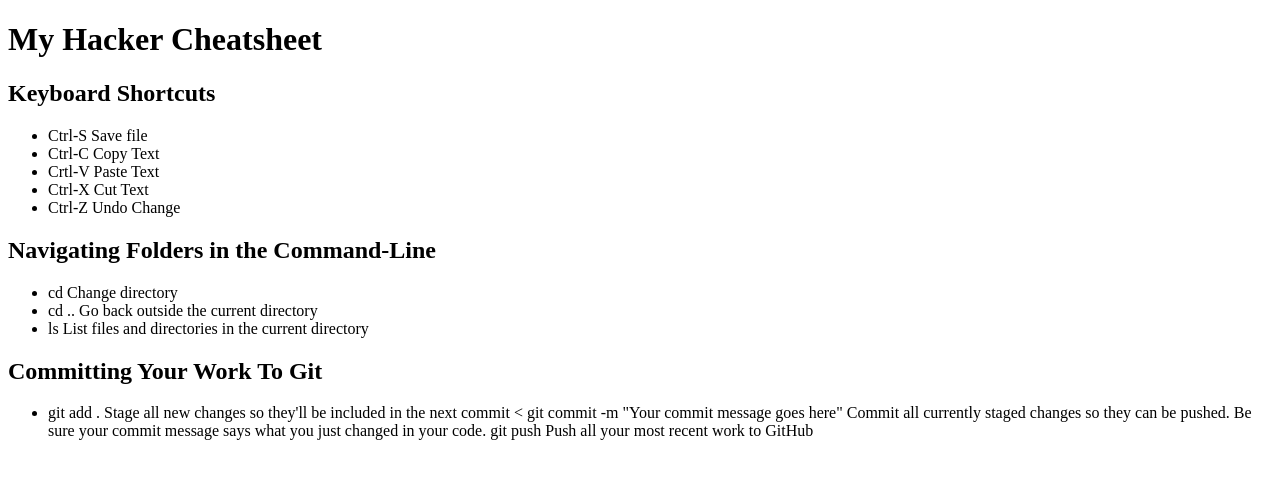
Repository: rashadberry/rashadberry.github.io
Page: Cheatsheat.html
The author's editor kept a record of every edit. The page is drawn from the files as they stood at one moment, then again after the next edit.
The browser window is 1280 px wide. The pictures show the whole page.

Above is the page before.

After the next edit:
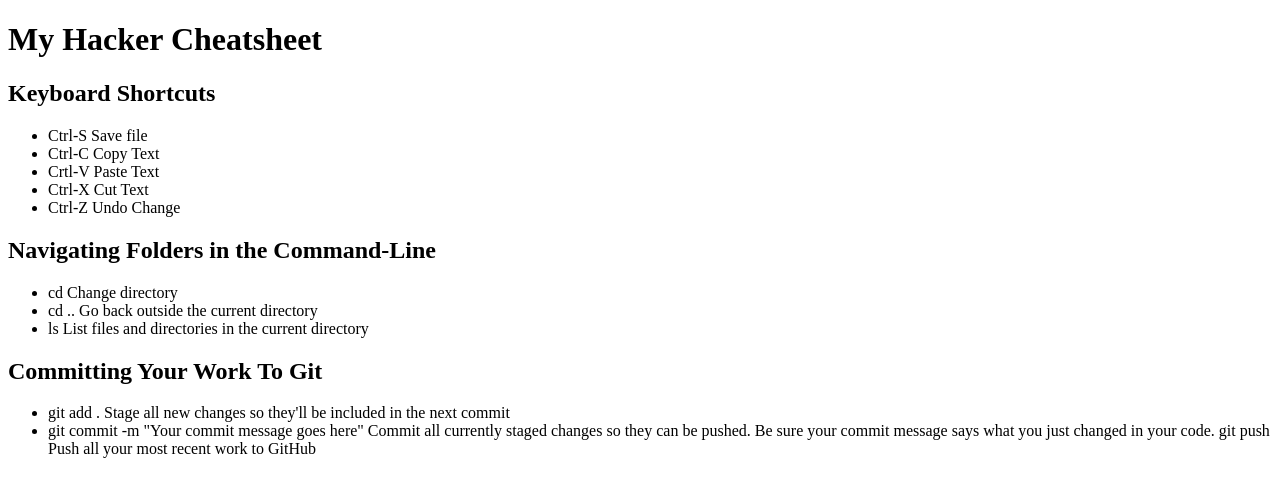
The edit:
--- a/Cheatsheat.html
+++ b/Cheatsheat.html
@@ -47,7 +47,8 @@
         <ul>
            <li> git add .
         Stage all new changes so they'll be included in the next commit
-        <
+           </li>
+           <li>
         git commit -m "Your commit message goes here"
         Commit all currently staged changes so they can be pushed. Be sure your commit message says what you just changed in your code.
 
